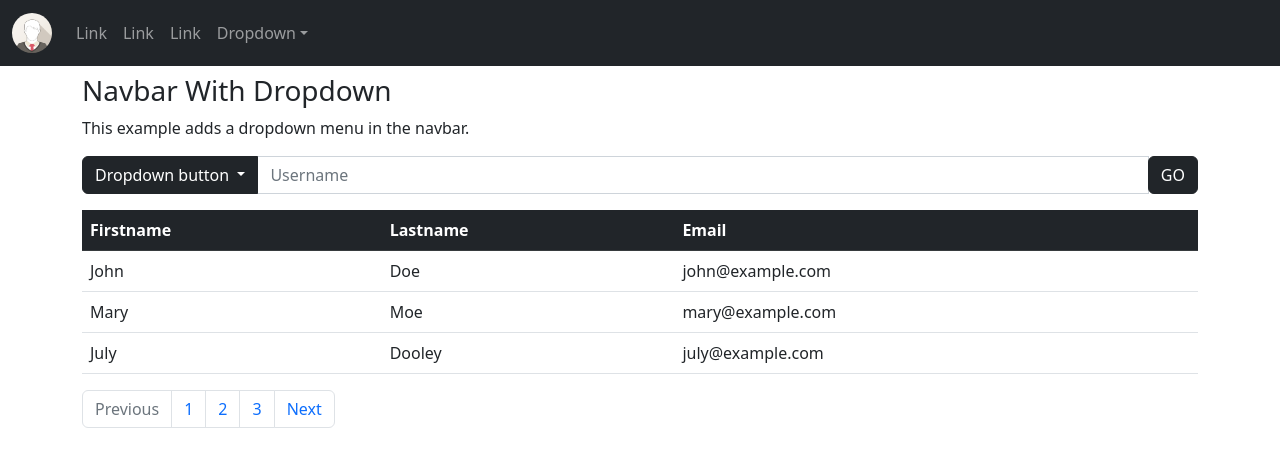
Repository: seoyeon0619/WebProgramming
Page: workspace1/myhome2/src/main/webapp/디자인/board.html
The author's editor kept a copy of each file at every save. The page is drawn from the files as they stood at one save, then again after the next save.
The browser window is 1280 px wide. The pictures show the whole page.

Above is the page before, as saved 2022-12-30 01:28:58.

After the next save:
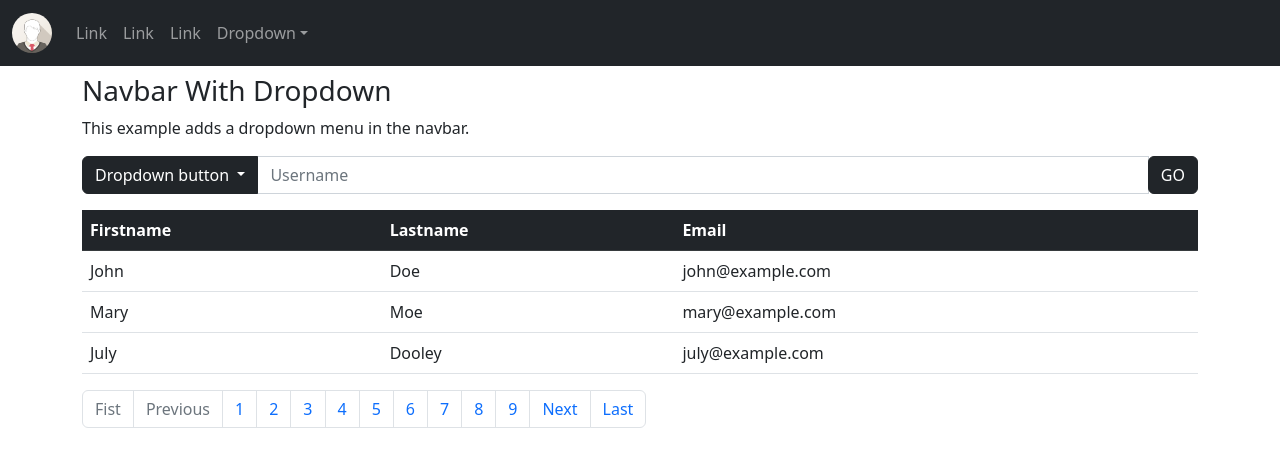
Saved 78 s later.
--- a/workspace1/myhome2/src/main/webapp/디자인/board.html
+++ b/workspace1/myhome2/src/main/webapp/디자인/board.html
@@ -93,11 +93,19 @@
 
   <div class="container" style="text-align:center">
   <ul class="pagination jsutify-content-center">
+    <li class="page-item disabled"><a class="page-link" href="#">Fist</a></li>
     <li class="page-item disabled"><a class="page-link" href="#">Previous</a></li>
     <li class="page-item"><a class="page-link" href="#">1</a></li>
     <li class="page-item"><a class="page-link" href="#">2</a></li>
     <li class="page-item"><a class="page-link" href="#">3</a></li>
+    <li class="page-item"><a class="page-link" href="#">4</a></li>
+    <li class="page-item"><a class="page-link" href="#">5</a></li>
+    <li class="page-item"><a class="page-link" href="#">6</a></li>
+    <li class="page-item"><a class="page-link" href="#">7</a></li>
+    <li class="page-item"><a class="page-link" href="#">8</a></li>
+    <li class="page-item"><a class="page-link" href="#">9</a></li>
     <li class="page-item"><a class="page-link" href="#">Next</a></li>
+    <li class="page-item"><a class="page-link" href="#">Last</a></li>
   </ul>
  </div>
 
